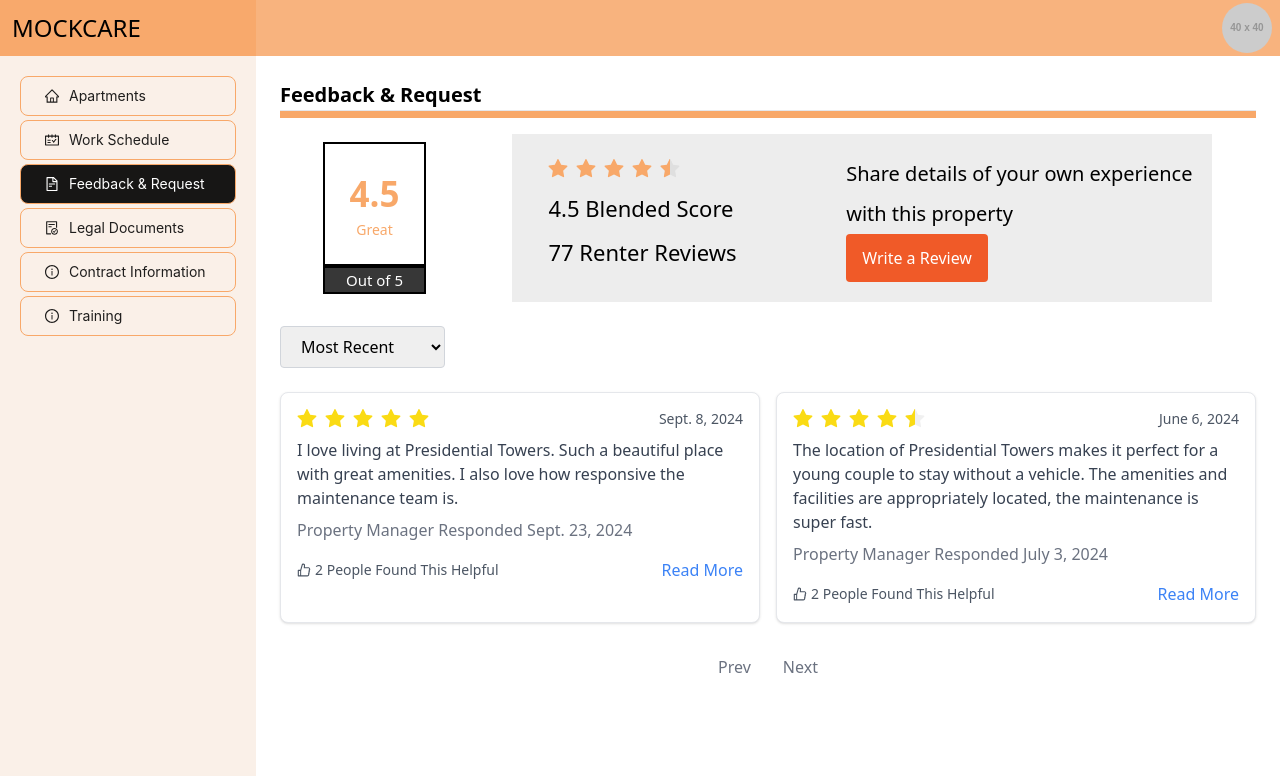
Repository: dunh-real/MockProject_102024_Nhom4
Page: / (app in frontend/)
These files come from the project's save history. The page is drawn as it stood at one moment and after the next save; the edit follows.
The browser window is 1280 px wide. The pictures show the whole page.
The project was rebuilt for these pictures with package versions that can differ from the ones it lists, and the page was loaded fresh each time. Also part of the build but not shown: frontend/vite.config.js, frontend/vite.config.ts, frontend/src/App.css, frontend/src/component/ReviewModal.tsx.

Above is the page before, as saved 2024-10-09 13:30:28.

### frontend/src/App.tsx

import './App.css'
import ReviewList from './pages/Feedback&Request/Feedback&Request'
// import LoginForm from './pages/Login/Login'

function App() {


  return (
    <>
      {/* <LoginForm/> */}
      <ReviewList/>
    </>
  )
}

export default App

### frontend/src/pages/Feedback&Request/Feedback&Request.tsx
import React, { useState } from 'react';
import { Rate } from 'antd'; // Dùng Antd cho Rate, có thể thay thế bằng biểu tượng của Tailwind nếu cần
import { LikeOutlined } from '@ant-design/icons';
import ReviewModal from '../../component/ReviewModal';
import Sidebar from '../../component/Sidebar';

interface Review {
    date: string;
    rating: number;
    text: string;
    managerResponse: string;
    helpfulCount: number;
}

const reviews: Review[] = [
    {
        date: 'Sept. 8, 2024',
        rating: 5,
        text: 'I love living at Presidential Towers. Such a beautiful place with great amenities. I also love how responsive the maintenance team is.',
        managerResponse: 'Property Manager Responded Sept. 23, 2024',
        helpfulCount: 2,
    },
    {
        date: 'June 6, 2024',
        rating: 4.5,
        text: 'The location of Presidential Towers makes it perfect for a young couple to stay without a vehicle. The amenities and facilities are appropriately located, the maintenance is super fast.',
        managerResponse: 'Property Manager Responded July 3, 2024',
        helpfulCount: 2,
    },
];

const ReviewList: React.FC = () => {
    const [showModal, setShowModal] = useState<boolean>(false);
    const [page, setPage] = useState<number>(1);

    const handlePageChange = (page: number) => {
        setPage(page);
    };

    const handleSortChange = (value: string) => {
        console.log(`Sort by: ${value}`);
    };

    return (
        <div className=" min-h-screen  bg-gray-50">
            <div className='flex  bg-[#f8a769d9]  justify-between items-center'>
                <div className=' bg-[#f8a769d9] p-3 w-1/5'>
                    <h1 className='text-2xl'>MOCKCARE</h1>
                </div>
                <div className="flex  justify-end">
                    <img
                        src="https://via.placeholder.com/40"
                        alt="Avatar"
                        className="rounded-full w-[50px] h-[50px] mr-2"
                    />
                </div>
            </div>
            <div className="flex">
                <Sidebar />
                <div className="w-4/5 p-6 bg-white">
                    <div className='mb-4'>
                        <h2 className='text-[20px] font-bold'>Feedback & Request</h2>
                        <hr className='h-[8px] bg-[#F8A869]' />
                    </div>
                    <div className="flex  justify-around items-center mb-6">
                        <div className="flex flex-col   items-center">
                            <div className=" text-center text-[#F8A869] border-black border-2  p-6 ">
                                <div className=''>
                                    <p className="text-[35px] font-bold">4.5</p>
                                    <p className="text-sm text-[27px]">Great</p>
                                </div>

                            </div>
                            <div className="text-xs w-full border-black border-2 bg-[#000000c8]">
                                <p className='text-white p-1 text-[15px] text-center'>Out of 5</p>
                            </div>
                        </div>
                        <div className='bg-[#d9d9d97b] flex justify-between'
                         style={{ width: '100%', maxWidth: '700px', padding:20, lineHeight:2}}
                        >
                            <div className="ml-4 ">
                                <Rate allowHalf defaultValue={4.5} disabled style={{color:'#F8A869'}} />
                                <div className="text-[#000000] text-[22px]">4.5 Blended Score</div>
                                <div className="text-[#000000] font-extralight text-[22px]">77 Renter Reviews</div>
                            </div>
                            <div className=''>
                                <p className='text-[#000000] font-extralight text-[20px]'>Share details of your own experience <br/>
                                with this property</p>
                                <button
                                    onClick={() => setShowModal(true)}
                                    className="bg-[#f05a28] text-white px-4 py-2 rounded hover:bg-[#ff6a38] hover:text-black "
                                >
                                    Write a Review
                                </button>
                            </div>
                        </div>
                    </div>
                    <div className="mb-6 flex justify-between">
                        <select
                            onChange={(e) => handleSortChange(e.target.value)}
                            className="border border-gray-300 rounded px-4 py-2"
                        >
                            <option value="recent">Most Recent</option>
                            <option value="highest">Highest Rating</option>
                            <option value="lowest">Lowest Rating</option>
                        </select>
                    </div>
                    <div className="grid grid-cols-1 md:grid-cols-2 gap-4">
                        {reviews.slice((page - 1) * 2, page * 2).map((review, index) => (
                            <div key={index} className="p-4 border border-gray-200 rounded-lg bg-white shadow">
                                <div className="flex justify-between items-center mb-2">
                                    <Rate allowHalf defaultValue={review.rating} disabled />
                                    <span className="text-sm text-gray-600">{review.date}</span>
                                </div>
                                <p className="text-gray-700">{review.text}</p>
                                <p className="text-gray-500 mt-2">{review.managerResponse}</p>
                                <div className="flex justify-between items-center mt-4">
                                    <div className="flex items-center text-sm text-gray-600">
                                        <LikeOutlined className="mr-1" />
                                        {review.helpfulCount} People Found This Helpful
                                    </div>
                                    <button className="text-blue-500">Read More</button>
                                </div>
                            </div>
                        ))}
                    </div>
                    <div className="flex justify-center mt-6">
                        <button
                            onClick={() => handlePageChange(page - 1)}
                            className="px-4 py-2 text-gray-500"
                            disabled={page === 1}
                        >
                            Prev
                        </button>
                        <button
                            onClick={() => handlePageChange(page + 1)}
                            className="px-4 py-2 text-gray-500"
                        >
                            Next
                        </button>
                    </div>
                </div>
            </div>
            {showModal && <ReviewModal setShowModal={setShowModal} />}
        </div>
    );
};

export default ReviewList;

### frontend/src/component/Sidebar.tsx
import { Menu } from 'antd';
import { HomeOutlined, ScheduleOutlined, FileTextOutlined, FileDoneOutlined, InfoCircleOutlined } from '@ant-design/icons';

const Sidebar = () => {
  return (
    <div style={{ width: '20%', minHeight: '100vh', backgroundColor: '#FAF0E8', padding: '1rem' }}>
      <Menu
        defaultSelectedKeys={['feedback']}
        mode="inline"
        style={{ backgroundColor: '#FAF0E8', borderRight: 0 }}
      >
        <Menu.Item
          key="apartments"
          icon={<HomeOutlined />}
          style={{
            padding: '12px 24px',
            border:1, borderStyle:'solid', borderColor:'#F8A869'
          }}
        >
          Apartments
        </Menu.Item>
        <Menu.Item
          key="schedule"
          icon={<ScheduleOutlined />}
          style={{
            padding: '12px 24px',
            border:1, borderStyle:'solid', borderColor:'#F8A869'
          }}
        >
          Work Schedule
        </Menu.Item>
        <Menu.Item
          key="feedback"
          icon={<FileTextOutlined />}
          style={{
            backgroundColor: '#171615',
            color: 'white',
            padding: '12px 24px',
            border:1, borderStyle:'solid', borderColor:'#F8A869'
          }}
        >
          Feedback & Request
        </Menu.Item>
        <Menu.Item
          key="legal"
          icon={<FileDoneOutlined />}
          style={{
            padding: '12px 24px',
            border:1, borderStyle:'solid', borderColor:'#F8A869'
          }}
        >
          Legal Documents
        </Menu.Item>
        <Menu.Item
          key="contract"
          icon={<InfoCircleOutlined />}
          style={{
            padding: '12px 24px',
            border:1, borderStyle:'solid', borderColor:'#F8A869'
          }}
        >
          Contract Information
        </Menu.Item>
        <Menu.Item
          key="training"
          icon={<InfoCircleOutlined />}
          style={{
            padding: '12px 24px',
            border: 1, borderStyle: 'solid', borderColor: '#F8A869'
          }}
        >
          Training
        </Menu.Item>
      </Menu>
    </div>
  );
};

export default Sidebar;

Loaded but not shown: frontend/index.html (common file); frontend/src/main.jsx (common file); frontend/src/index.css (common file); frontend/tailwind.config.js (common file)

After the next save:
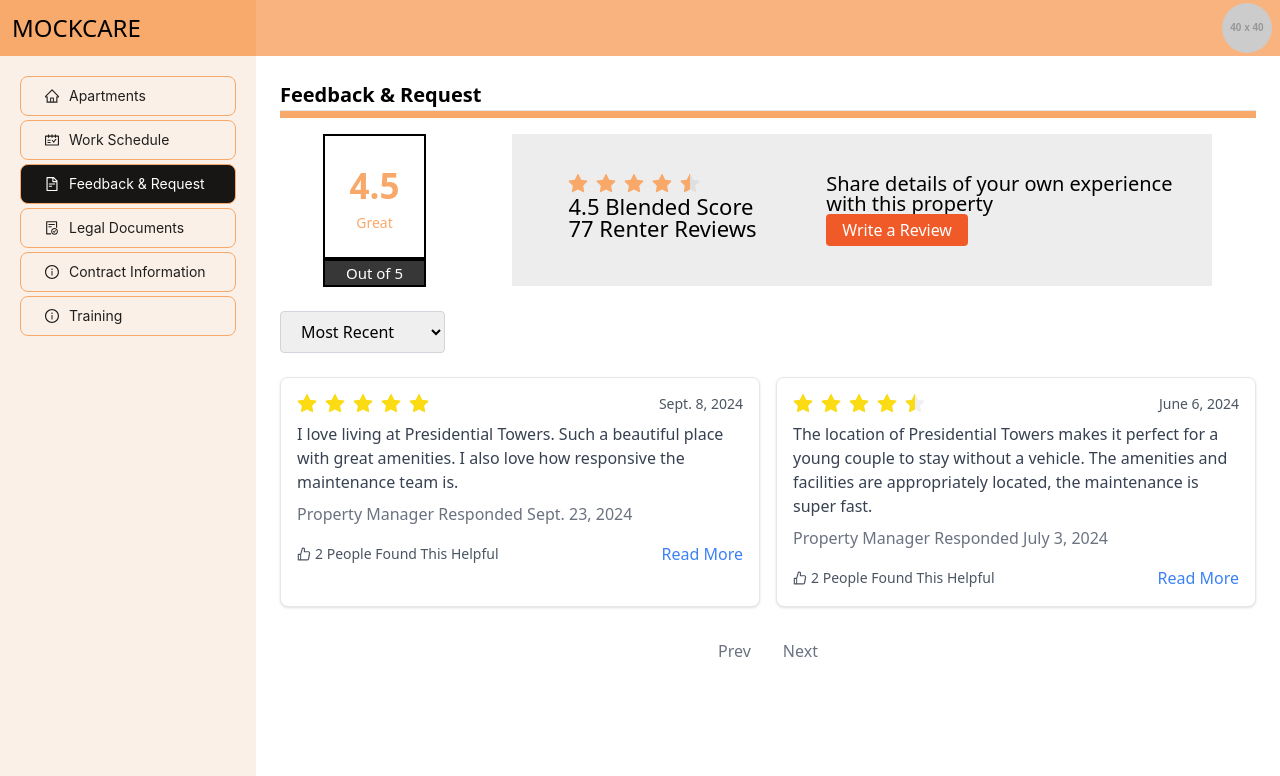
Saved 19 s later.
--- a/frontend/src/pages/Feedback&Request/Feedback&Request.tsx
+++ b/frontend/src/pages/Feedback&Request/Feedback&Request.tsx
@@ -76,7 +76,7 @@ const ReviewList: React.FC = () => {
                             </div>
                         </div>
                         <div className='bg-[#d9d9d97b] flex justify-between'
-                         style={{ width: '100%', maxWidth: '700px', padding:20, lineHeight:2}}
+                         style={{ width: '100%', maxWidth: '700px', padding:40, lineHeight:1}}
                         >
                             <div className="ml-4 ">
                                 <Rate allowHalf defaultValue={4.5} disabled style={{color:'#F8A869'}} />
